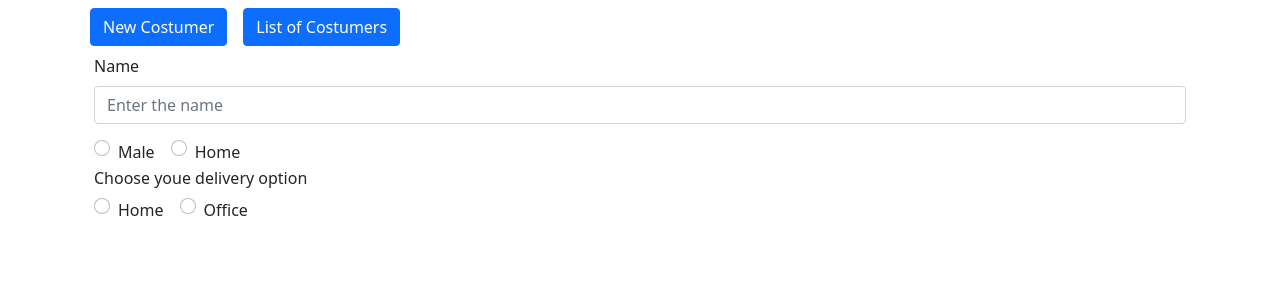
Repository: Sanjayjangra88/combo_app
Page: /, after clicking the first element matching `button.btn`
The author's editor kept a copy of each file at every save. The page is drawn from the files as they stood at one save, then again after the next save.
The browser window is 1280 px wide. The pictures show the whole page.
Some web libraries are served in a nearby version. The project was rebuilt for these pictures with package versions that can differ from the ones it lists, and the page was loaded fresh each time. Also part of the build but not shown: src/App.js.

Above is the page before, as saved 2022-06-04 12:58:57.

After the next save:
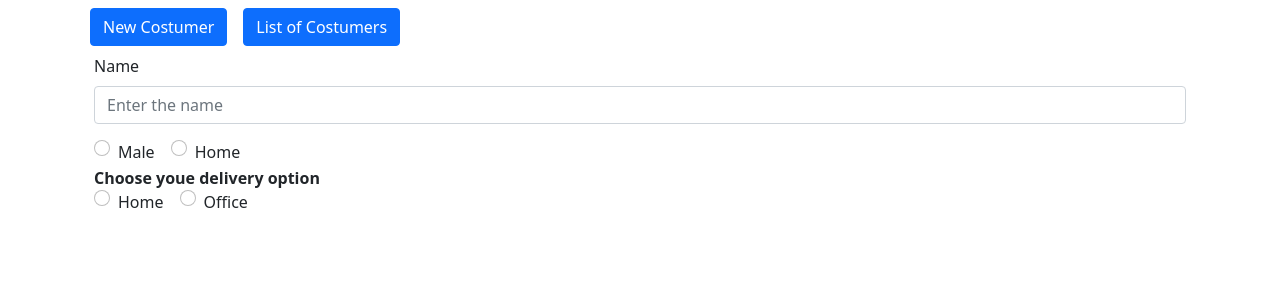
Saved 33 s later.
--- a/src/Components/dpForm.jsx
+++ b/src/Components/dpForm.jsx
@@ -41,7 +41,7 @@ export class dpForm extends Component {
                     onChange={this.handelChange}/>
                     <label className="form-check-label">Home</label>
                 </div><br/>
-                <label className="'form-check-label font-weight-bold'">Choose youe delivery option</label><br/>
+                <label className="form-check-label font-weight-bold">Choose youe delivery option</label><br/>
                 <div className="form-check form-check-inline">
                     <input
                     className="form-check-input"
